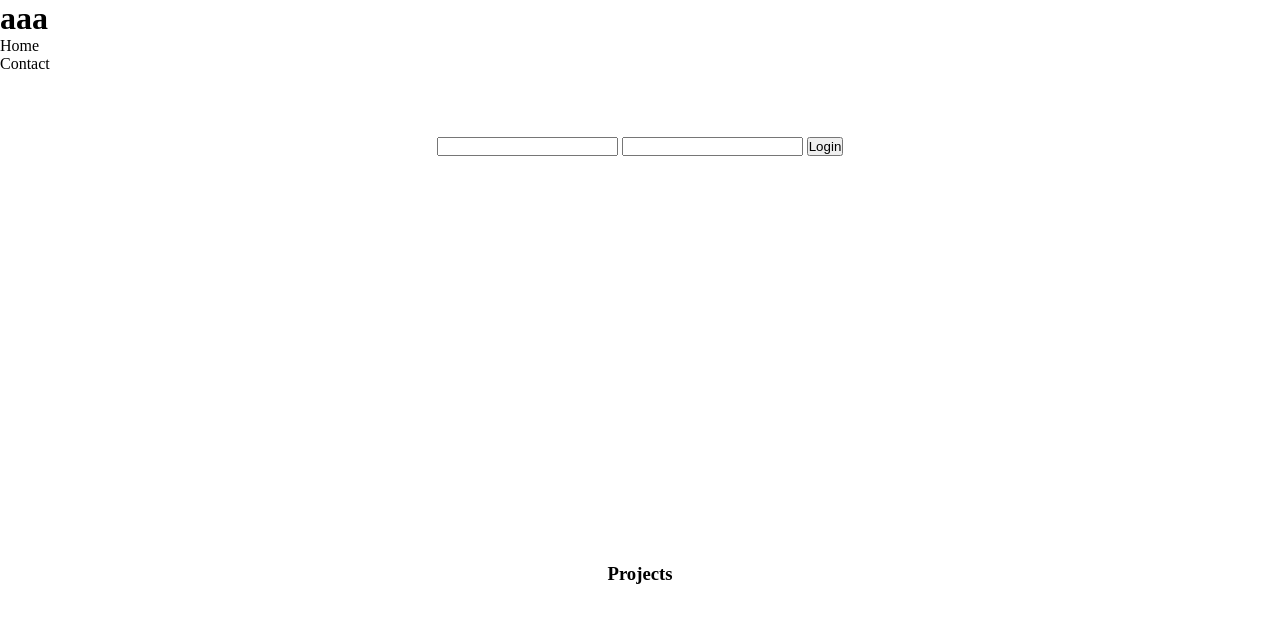
Repository: haakanerol/haakanerol
Page: Js.ass1/index.html
These files come from the project's save history. The page is drawn as it stood at one moment and after the next save; the edit follows.
The browser window is 1280 px wide. The pictures show the whole page.

Above is the page before, as saved 2024-02-25 15:57:22.
Console error: SyntaxError: Unexpected end of input

After the next save:
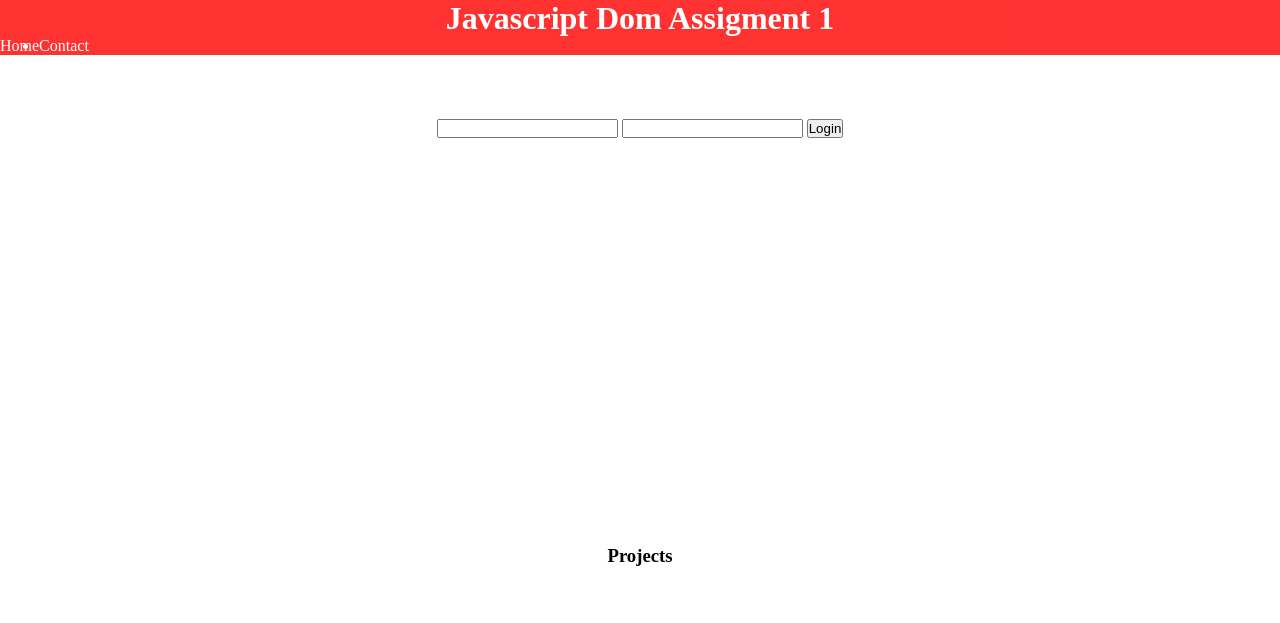
The error is gone.
Saved 18 s later.
--- a/Js.ass1/app.js
+++ b/Js.ass1/app.js
@@ -9,4 +9,4 @@ newTitle.textContent = "Javascript Dom Assigment 1"
 
 newNavItem = document.querySelector(".nav-item")
 newNavItem.style.display = "flex"
-newNavItem.style.
+newNavItem.style.ali
